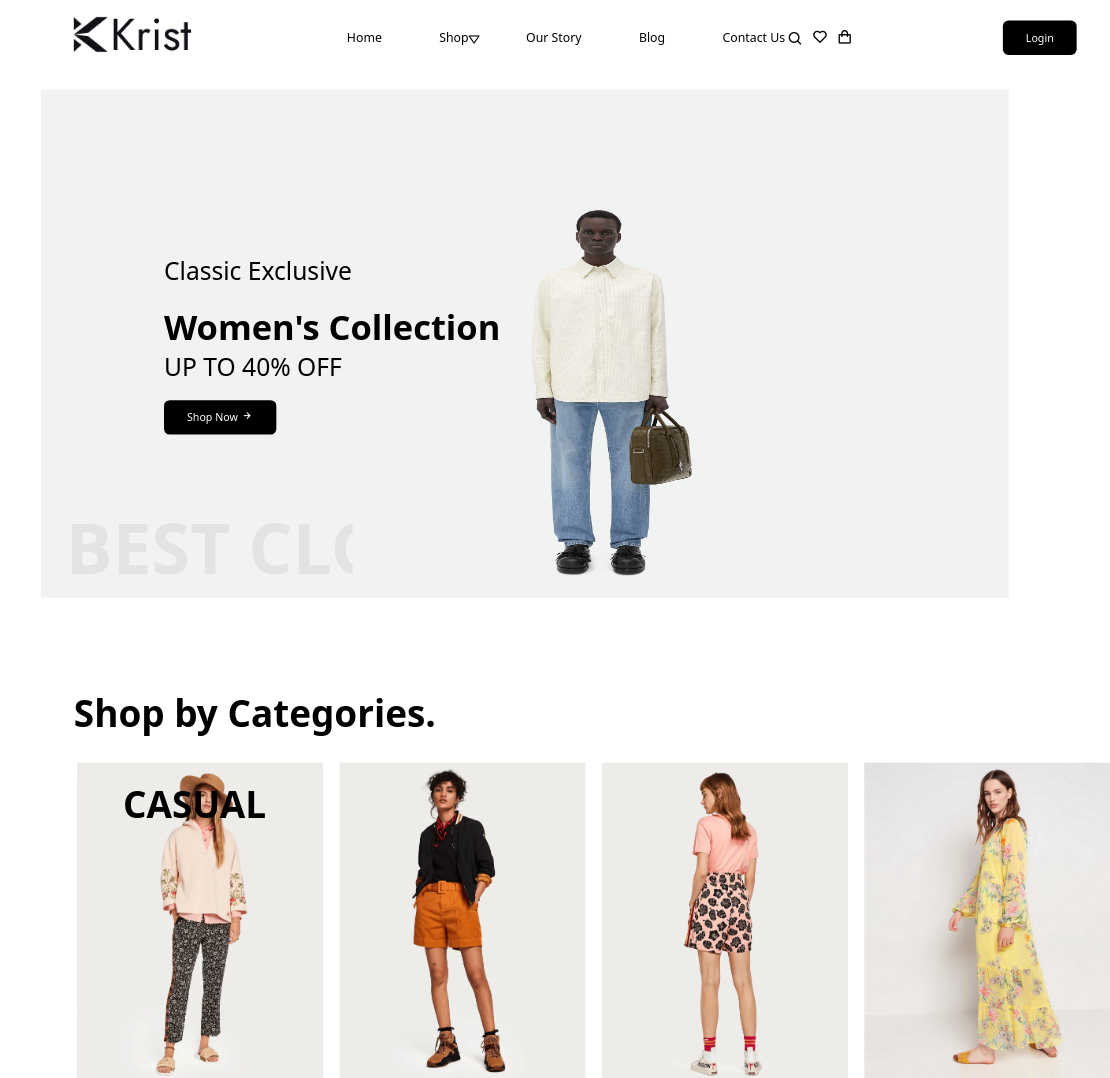
Repository: isaacCodes1/Krist-Website
Page: index.html
An editor plug-in stored every save of this project. The page is shown before and after a run of saves, followed by the edit.
The browser window is 1280 px wide. The page is 1354 px wide, so the pictures cover 1354 px, including what lies to the right of the window. The pictures show the whole page, at 82% of full size.

Above is the page before, as saved 2024-04-01 10:54:55.

After the next 3 saves:
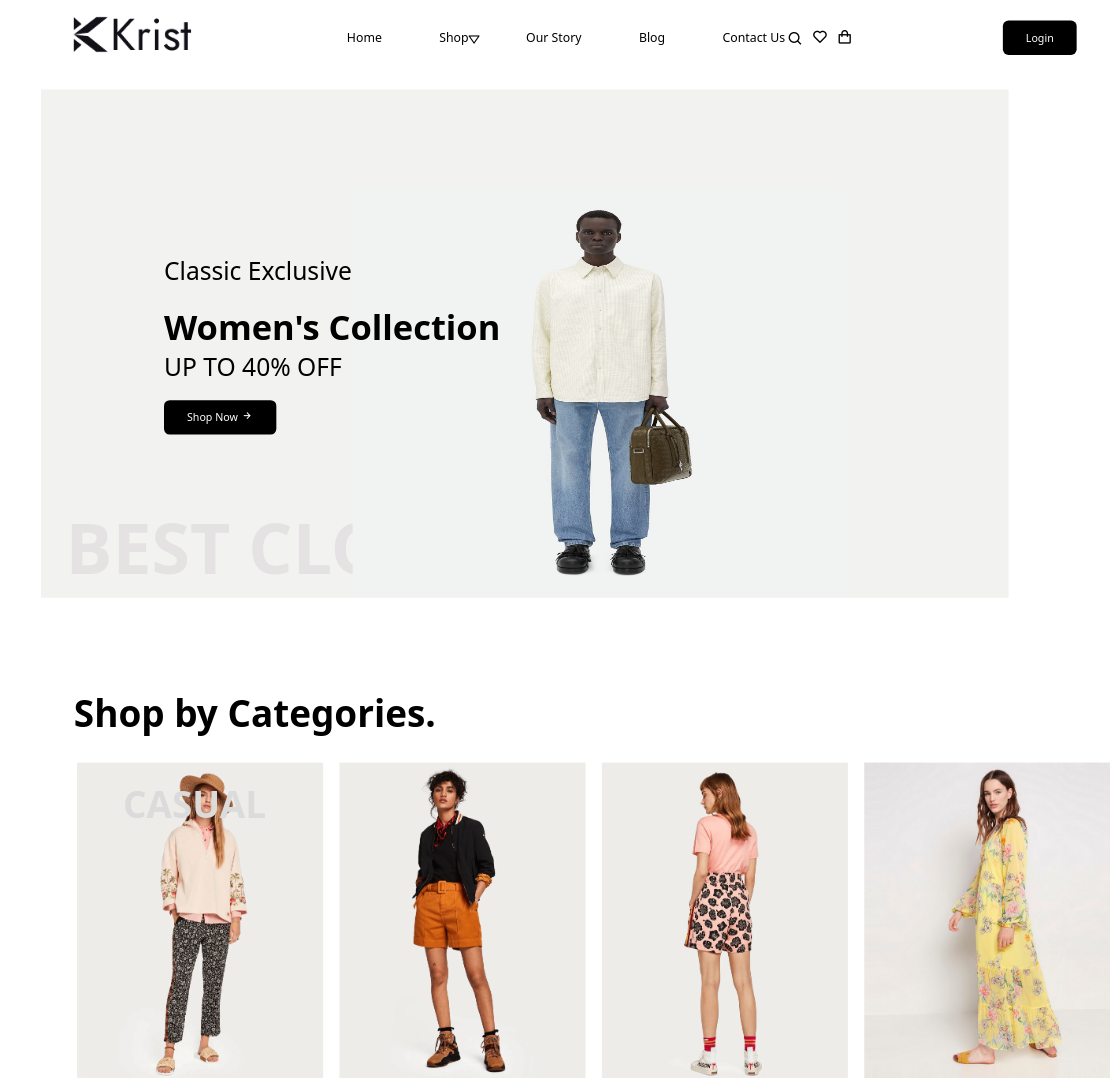
The 3 saves are shown as one change because they came seconds apart.
The last was saved 10 s later.
--- a/style.css
+++ b/style.css
@@ -160,9 +160,8 @@ button:hover {
 }
 .a1 {
   font-size: 45px;
-  color: #000;
+  color: #dbdbdb;
   position: absolute;
   top: 950px;
   left: 150px;
-  opacity: 200;
 }
